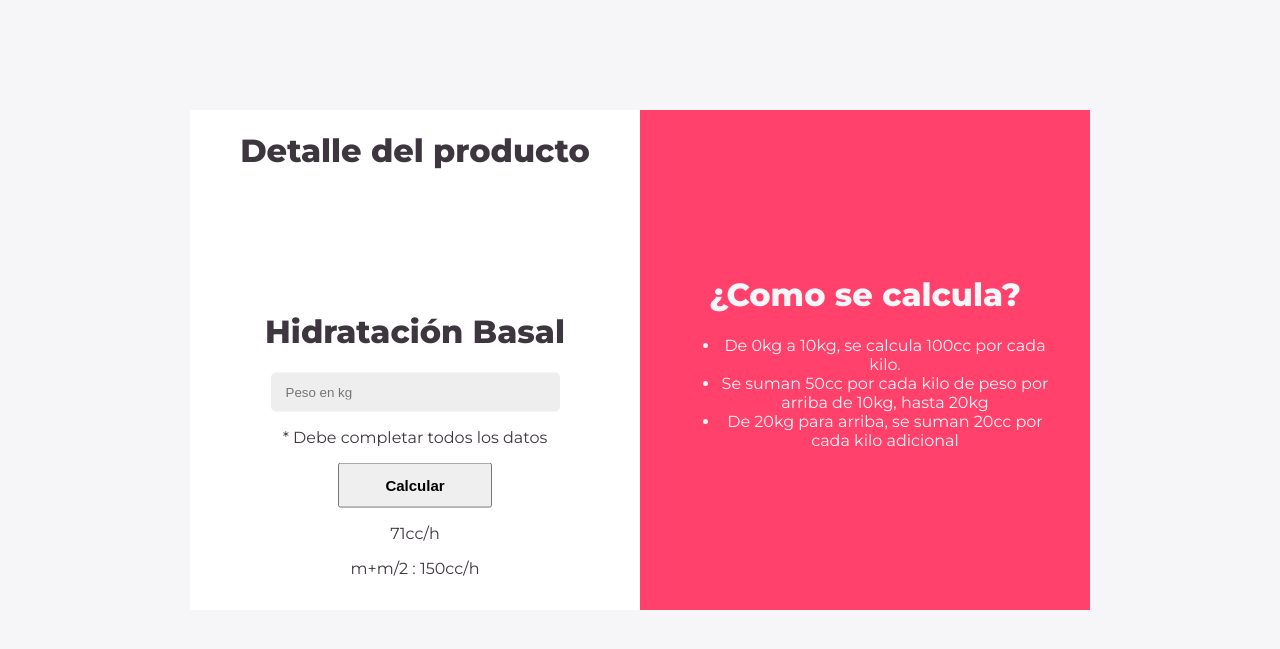
Repository: Fredy452/calculadora_basal
Page: index.html
These files come from the project's save history. The page is drawn as it stood at one moment and after the next save; the edit follows.
The browser window is 1280 px wide. The pictures show the whole page.

Above is the page before, as saved 2023-04-21 08:02:42.

### index.html
<!DOCTYPE html>
<html lang="en">
<head>
    <meta charset="UTF-8">
    <meta http-equiv="X-UA-Compatible" content="IE=edge">
    <meta name="viewport" content="width=device-width, initial-scale=1.0">
    <title>Calculadora de hidratación</title>
    <link rel="stylesheet" href="style.css">
</head>
<body>
    <div id="contenedor">
        <div id="calculadora">
            <h1>Detalle del producto</h1>
            <div class="contenido">
                <h1>Hidratación Basal</h1>
                <input type="number" name="peso" id="peso" placeholder="Peso en kg">
                <p>* Debe completar todos los datos</p>
                <button>Calcular</button>
                <p>71cc/h</p>
                <p>m+m/2 : 150cc/h</p>
            </div>
        </div>
        <div id="detalle">
            <div class="contenido">
                <h1>¿Como se calcula?</h1>
                <ul>
                    <li>De 0kg a 10kg, se calcula 100cc por cada kilo.</li>
                    <li>Se suman 50cc por cada kilo de peso por arriba de 10kg, hasta 20kg</li>
                    <li>De 20kg para arriba, se suman 20cc por cada kilo adicional</li>
                </ul>
            </div>
        </div>
    </div>
</body>
</html>

### style.css
@import url('https://fonts.googleapis.com/css?family=Montserrat:400,800');

body{
    font-family: 'Montserrat', sans-serif;
    background: #f6f5f7;
    color: #3E363F;
}
#contenedor{
    width: 900px;
    height: 500px;
    position: absolute;
    text-align: center;
    inset: 0;
    margin: auto;
}
#calculadora{
    background: white;
    width: 50%;
    height: 100%;
    float: left;
}
#detalle{
    background: #FF416C;
    width: 50%;
    height: 100%;
    float: left;
    color: #f6f5f7;
}
.contenido{
    /* Centrando el contenido de los divs */
    position: relative;
    top: 50%;
    transform: translateY(-50%);
    overflow: hidden;
    padding: 40px;
}
input{
    width: 70%;
    padding: 12px 15px;
    border: none;
    background-color: #eee;
    outline: none;
    border-radius: 5px;
    transition: background-color 0.2s, border 0.2s, box-shadow 0.3s;
}
input:hover{
    background-color:#ebe8eb;
    border: 1px solid rgb(143, 138, 138);
    box-shadow: 0 0 10px rgb(126, 122, 122);
}
button{
    font-size: 15px;
    font-weight: bold;
    padding: 12px 45px;
}

After the next save:
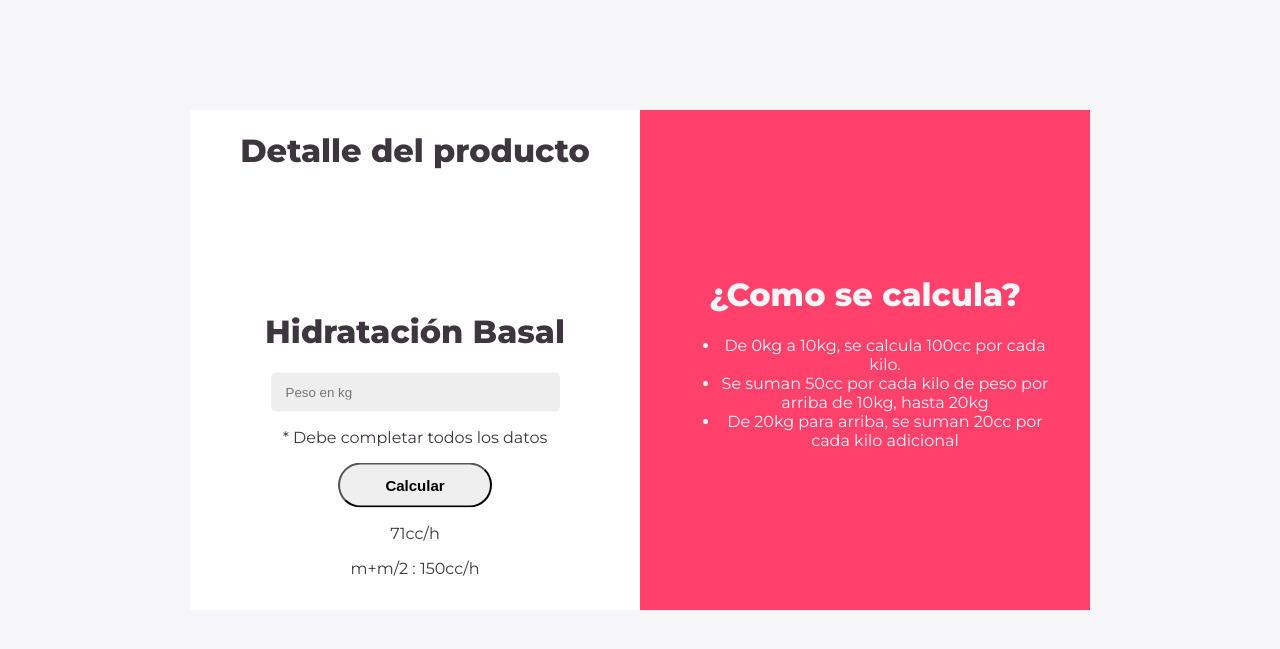
Saved 21 s later.
--- a/style.css
+++ b/style.css
@@ -52,4 +52,5 @@ button{
     font-size: 15px;
     font-weight: bold;
     padding: 12px 45px;
+    border-radius: 30px;
 }
